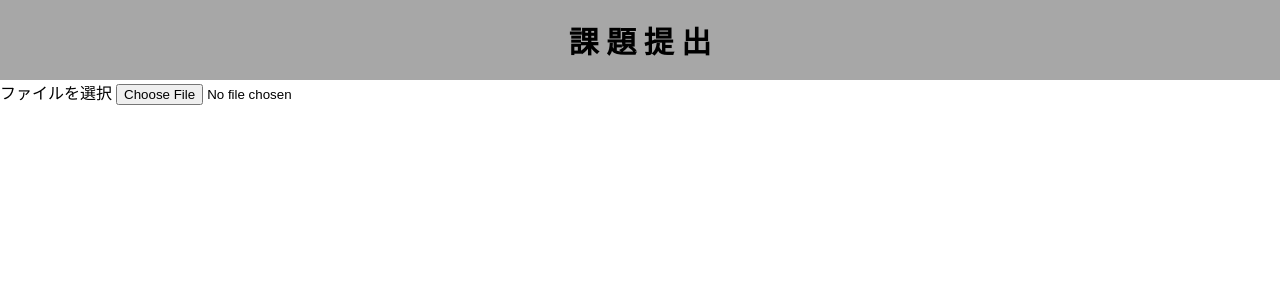
Repository: k-murakami18/canvas_v2
Page: submission.html
An editor plug-in stored every save of this project. The page is shown before and after a run of saves, followed by the edit.
The browser window is 1280 px wide. The pictures show the whole page.

Above is the page before, as saved 2021-01-12 13:57:12.

After the next 2 saves:
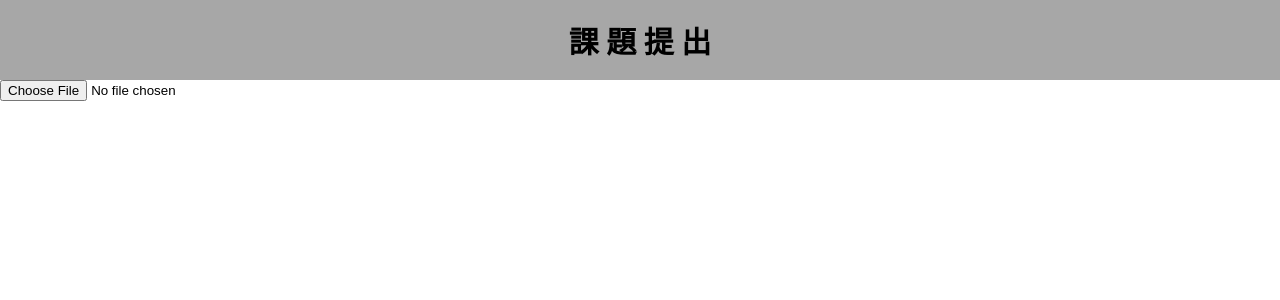
The 2 saves are shown as one change because they came seconds apart.
The last was saved 12 s later.
--- a/submission.html
+++ b/submission.html
@@ -20,10 +20,10 @@
     <h1 id="title">課 題 提 出</h1>
   </div>
 
-  <label class="upload-label">
-    ファイルを選択
-    <input type="file" id="file-sample" accept="image/png, image/jpeg" onChange="imgPreView(event)" required>
-  </label>
+
+
+  <input type="file" id="file-sample" accept="image/png, image/jpeg" onChange="imgPreView(event)" required>
+
 
   <div id="preview"></div>
 
